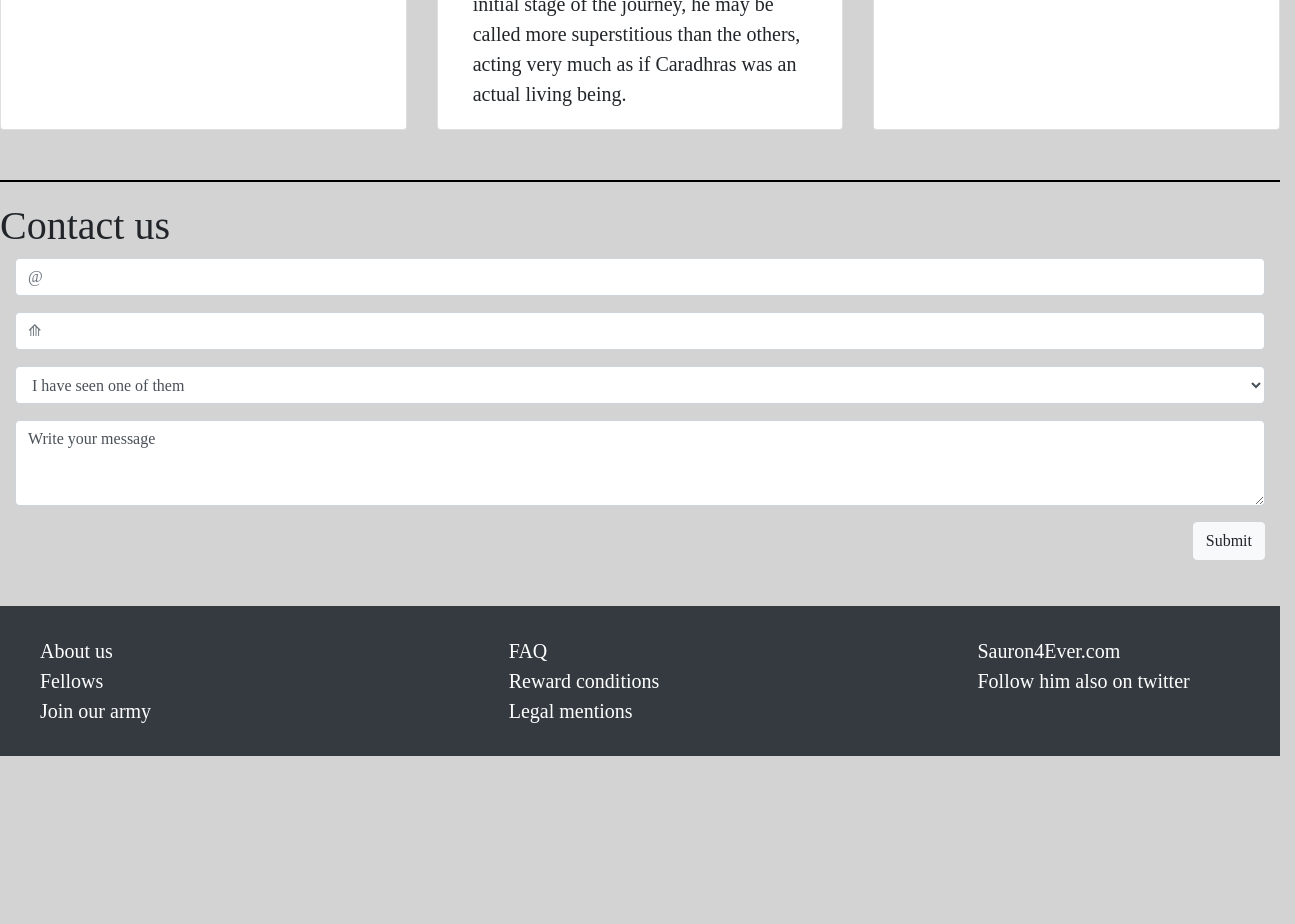
Repository: Khaleddwm/FindThePrecious
Page: index.html
An editor plug-in stored every save of this project. The page is shown before and after the next save, followed by the edit.
The browser window is 1280 px wide. The page is 1295 px wide, so the pictures cover 1295 px, including what lies to the right of the window. The pictures show the part of the page from y = 1730 to 2654 px (the page is 2654 px tall).
Some web fonts or font styles are not loaded; a fallback is used.

Above is the page before, as saved 2020-05-25 00:48:22.

### index.html
<!DOCTYPE html>
<html lang="en">
<head>
    <meta charset="UTF-8">
    <meta name="viewport" content="width=device-width, initial-scale=1.0">
    <title>FindThePrecious</title>
    <link href="https://fonts.googleapis.com/css2?family=Bad+Script&display=swap" rel="stylesheet">
    <!-- CSS only -->
    <link rel="stylesheet" href="https://stackpath.bootstrapcdn.com/bootstrap/4.5.0/css/bootstrap.min.css" integrity="sha384-9aIt2nRpC12Uk9gS9baDl411NQApFmC26EwAOH8WgZl5MYYxFfc+NcPb1dKGj7Sk" crossorigin="anonymous">
    <link rel="stylesheet" href="https://cdnjs.cloudflare.com/ajax/libs/font-awesome/4.7.0/css/font-awesome.min.css">
    <link rel="stylesheet" href="style.css">
    <!-- JS, Popper.js, and jQuery -->
    <script src="https://code.jquery.com/jquery-3.5.1.slim.min.js" integrity="sha384-DfXdz2htPH0lsSSs5nCTpuj/zy4C+OGpamoFVy38MVBnE+IbbVYUew+OrCXaRkfj" crossorigin="anonymous"></script>
    <script src="https://cdn.jsdelivr.net/npm/popper.js@1.16.0/dist/umd/popper.min.js" integrity="sha384-Q6E9RHvbIyZFJoft+2mJbHaEWldlvI9IOYy5n3zV9zzTtmI3UksdQRVvoxMfooAo" crossorigin="anonymous"></script>
    <script src="https://stackpath.bootstrapcdn.com/bootstrap/4.5.0/js/bootstrap.min.js" integrity="sha384-OgVRvuATP1z7JjHLkuOU7Xw704+h835Lr+6QL9UvYjZE3Ipu6Tp75j7Bh/kR0JKI" crossorigin="anonymous"></script>
</head>
<body>
    <nav class="navbar navbar-expand-sm navbar-dark bg-dark">
        <a href"index.html" class="titleNav navbar-brand">FindThePrecious.com</a>
        <button class="navbar-toggler" data-toggle="collapse" data-target="#navbarMenu">
            <span class="navbar-toggler-icon"></span>
        </button>
        <div class="collapse navbar-collapse" id="navbarMenu">
            <ul class="navbar-nav">
                <li class="nav-item">
                    <a href="#" class="nav-link">Fellows</a>
                </li>
                <li>
                    <a href="#" class="nav-link">Contact us</a>
                </li>
            </ul>
        </div>
    </nav>
    <div id="carouselControls" class="carousel slide" data-ride="carousel">
        <div class="carousel-inner">
            <div class="carousel-caption d-none d-block">
                <h1>Dangerous fellowship try to destroy the ring</h1>
                <p>Orcs, Goblins, Balrogs, protect your master Sauron !</p>
            </div>
            <div class="carousel-item active">
                <img class="d-block w-100" src="https://img.phonandroid.com/2018/04/seigneur-des-anneaux.jpg" alt="First slide">
            </div>
            <div class="carousel-item">
                <img class="d-block w-100" src="https://www.journaldugeek.com/content/uploads/2019/07/lord-of-the-rings-gollum-new-lotr-stealth-game-coming-2021-from-daedalic-entertainment-767717.jpg" alt="Second slide">
            </div>
            <div class="carousel-item">
                <img class="d-block w-100" src="https://vignette.wikia.nocookie.net/lotr/images/1/15/Gothmog_the_lord_of_balrogs_by_atohas-d8hf6ru.jpg/revision/latest?cb=20180410213854" alt="Third slide">
            </div>
        </div>
        <a class="carousel-control-prev" href="#carouselControls" role="button" data-slide="prev">
            <span class="carousel-control-prev-icon" aria-hidden="true"></span>
            <span class="sr-only">Previous</span>
        </a>
        <a class="carousel-control-next" href="#carouselControls" role="button" data-slide="next">
            <span class="carousel-control-next-icon" aria-hidden="true"></span>
            <span class="sr-only">Next</span>
        </a>
    </div>
    <div class="wanted">
        <div class="wanted-title">
            <h1>Fellows wanted dead (or alive if you want to eat them later)</h1>
        </div>
        <div class="card-deck">
            <div class="card col-xs-12 col-md-4">
                <img src="https://kr4v3n.github.io/Sauron/img/gandalf.png" class="card-img-top" alt="Gandalf">
                <div class="living card-img-overlay">
                    <h2>Reward 1000 gold coins</h2>
                </div>
                <div class="card-body">
                    <h2 class="card-title">Gandalf</h2>
                    <p class="card-text">
                        Gandalf was shorter in stature than the other two; but his long white hair,
                        his sweeping silver beard, and his broad shoulders, made him look like some wise king of ancient legend.
                        In his aged face under great snowy brows his eyes were set like coals that could suddenly burst into fire.
                    </p>
                </div>
            </div>
            <div class="card col-xs-12 col-md-4">
                <img src="https://kr4v3n.github.io/Sauron/img/gimli.png" class="card-img-top" alt="Gimli">
                <div class="dead card-img-overlay">
                    <h2>DEAD</h2>
                </div>
                <div class="card-body">
                    <h2 class="card-title">Gimli</h2>
                    <p class="card-text">
                        Gimli throughout the War showed perhaps the greatest open contempt for Sauron and his minions, save possibly Boromir.
                        He was a grim character, for the most part, laughing only occasionally and, though in a few rare situations inspiring amusement,
                        never joking. Due to his comments especially during the initial stage of the journey, he may be called more superstitious than the others,
                        acting very much as if Caradhras was an actual living being.
                    </p>
                </div>
            </div>
            <div class="card col-xs-12 col-md-4">
                <img src="https://kr4v3n.github.io/Sauron/img/aragorn.png" class="card-img-top" alt="Aragorn">
                <div class="living card-img-overlay">
                    <h2>Reward 250 gold coins</h2>
                </div>
                <div class="card-body">
                    <h2 class="card-title">Aragorn</h2>
                    <p class="card-text">
                        An artist's conception of Aragorn at The Prancing Pony Tolkien gives
                        a brief but detailed description of him in The Lord of the Rings: lean, dark, tall, with
                        "a shaggy head of dark hair flecked with grey, and in a pale stern face a pair of keen grey eyes."
                    </p>
                </div>
            </div>
        </div>
    </div>
    <div class="form">
        <h1>Contact us</h1>
        <form class="container-fluid">
            <div class="form-group">
                <input type="email" class="form-control" id="email" placeholder="&#64;">
            </div>
            <div class="form-group">
                <input type="email" class="form-control" id="email" placeholder="&#10224;">
            </div>
            <div class="form-group">
                <select class="form-control" id="select">
                    <option>I have seen one of them</option>
                    <option>I have lost one of them</option>
                    <option>I have find one of them</option>
                </select>
            </div>
            <div class="form-group">
                <textarea class="form-control" id="textarea" rows="3">Write your message</textarea>
            </div>
            <div class="form-group">
                <input type="submit" class="btn btn-light" id="submit" value="Submit">
            </div>
        </form>
    </div>
    <footer class="footer-classic bg-dark">
        <div class="container-fluid">
            <div class="d-flex justify-content-between">
                <div class="col-md-4 col-xl-3">
                    <ul class="nav-list">
                        <li><a href="#">About us</a></li>
                        <li><a href="#">Fellows</a></li>
                        <li><a href="#">Join our army</a></li>
                    </ul>
                </div>
                <div class="col-md-4 col-xl-3">
                    <ul class="nav-list">
                        <li><a href="#">FAQ</a></li>
                        <li><a href="#">Reward conditions</a></li>
                        <li><a href="#">Legal mentions</a></li>
                    </ul>
                </div>
                <div class="col-md-4 col-xl-3">
                    <ul class="nav-list">
                        <li><a href="#">Sauron4Ever.com</a></li>
                        <li><a href="#">Follow him also on twitter</a></li>
                    </ul>
                </div>
            </div>
        </div>
    </footer>
</body>
</html>

### style.css
body {
    font-family: 'Bad Script', cursive;
    background-color: lightgrey;
}

#navbarMenu, .titleNav {
    font-size: 30px;
}

.navbar {
    overflow: hidden;
    position: fixed; /* Set the navbar to fixed position */
    top: 0; /* Position the navbar at the top of the page */
    width: 100%; /* Full width */
    z-index: 1000;
}

/* Change background on mouse-over */
#navbarMenu a:hover {
    background: lightgray;
    color: black;
}

#carouselControls {
    margin-top: 60px;
}

p {
    font-size: 20px;
}

img {
    width: auto;
    height: 600px;
}

.wanted-title {
    text-align: center;
    margin: 50px;
}
/* hover for living */
.living h2 {
    background-color: lightgray;
}

.living {
    opacity: 0;
}

.living:hover {
    opacity: 1;
    text-align: center;
}

/* hover for dead */
.dead {
    opacity: 0;
}

.dead:hover {
    opacity: 1;
    text-align: center;
    background-color: lightgray;
}

#submit {
    float: right;
}

.form {
    font-size: 30px;
    margin-top: 50px;
    margin-bottom: 100px;
    border-top: 2px solid black;
}

.form h1 {
    margin-top: 20px;
}

footer .container-fluid {
    padding-top: 30px;
    padding-bottom: 30px;
    font-size: 20px;
}



.footer-classic a, .footer-classic a:focus, .footer-classic a:active {
    color: white;
    padding: 10px;
}

ul, ol {
    list-style: none;
    padding: 0;
    margin: 0;
}

After the next save:
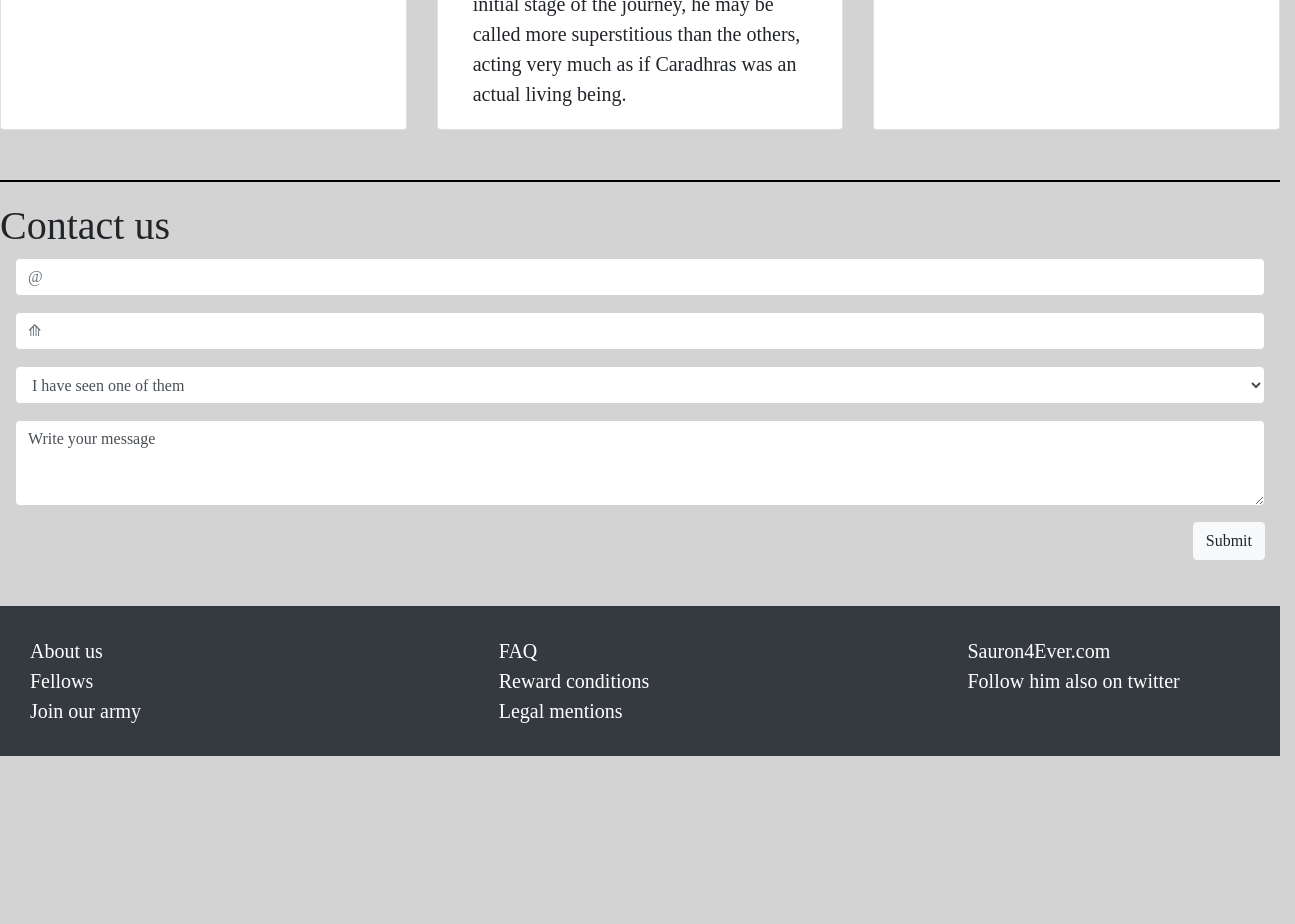
Saved 17 s later.
--- a/style.css
+++ b/style.css
@@ -88,7 +88,7 @@ footer .container-fluid {
 
 .footer-classic a, .footer-classic a:focus, .footer-classic a:active {
     color: white;
-    padding: 10px;
+    margin-top: 10px;
 }
 
 ul, ol {
